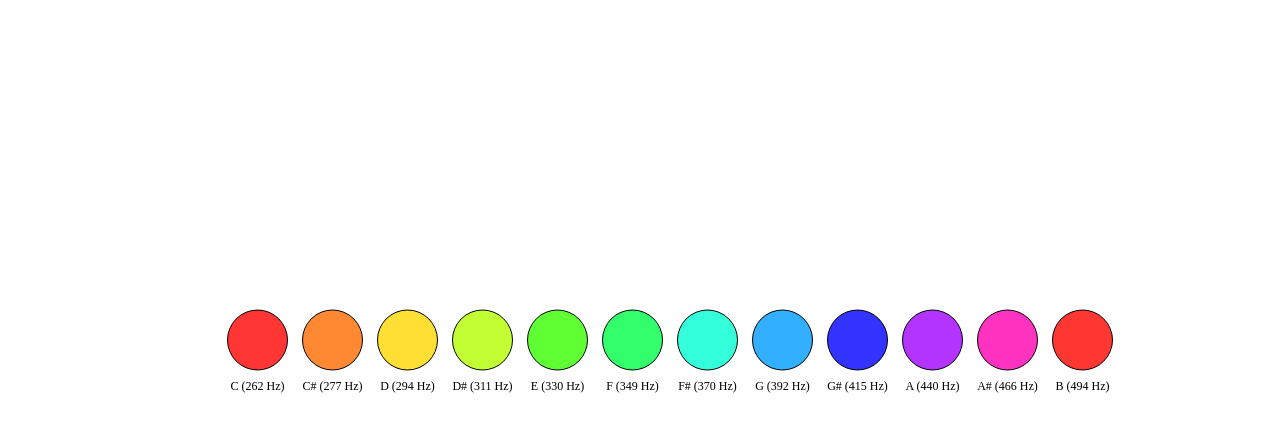
Repository: studiorichie/richielau.com
Page: assets/sound-to-color.html
The author's editor kept a copy of each file at every save. The page is drawn from the files as they stood at one save, then again after the next save.
The browser window is 1280 px wide. The pictures show the whole page.

Above is the page before, as saved 2024-11-06 19:59:13.

After the next save:
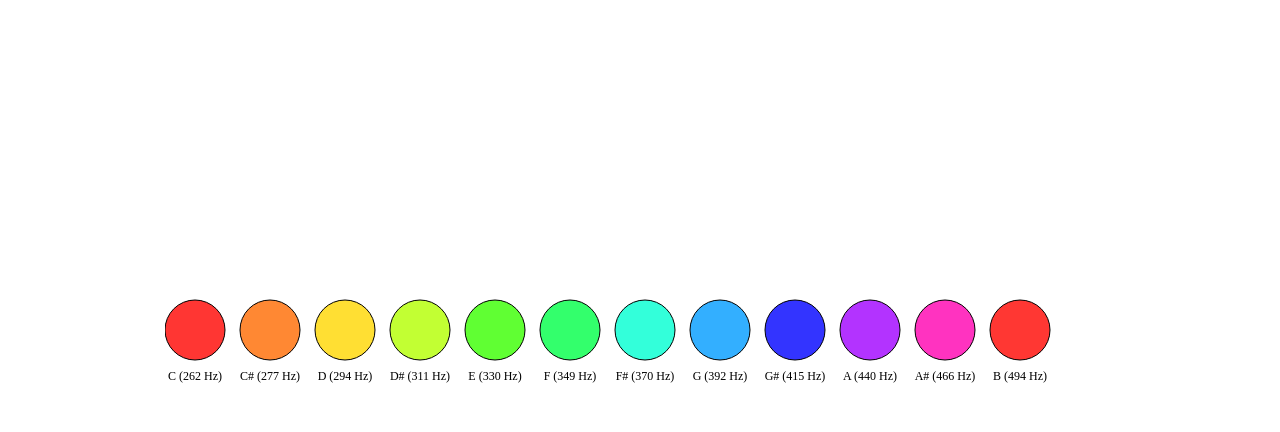
Saved 7 min 30 s later.
--- a/assets/sound-to-color.html
+++ b/assets/sound-to-color.html
@@ -13,14 +13,11 @@
             overflow: hidden;
         }
 
-
         .svg-container {
             display: flex;
-            justify-content: center;
+            justify-content: flex-start; /* Align to the left */
             align-items: center;
-            /* For vertical centering, remove this line if you only want horizontal centering */
             width: 100%;
-            /* Ensures container takes up the full width */
             overflow: hidden;
         }
 
@@ -30,47 +27,26 @@
             overflow: hidden;
         }
 
-        .svg-wrapper {
-            display: flex;
-            flex-wrap: wrap;
-            justify-content: center;
-            align-items: center;
-            overflow: hidden;
-            padding: 10px;
-            /* Optional padding for spacing */
-        }
-
         .key-circle {
             fill-opacity: 0.8;
             stroke: black;
             stroke-width: 1px;
             cursor: pointer;
             outline: none;
-            /* Remove any default focus outline */
             -webkit-tap-highlight-color: transparent;
-            /* Remove flash effect on tap for mobile */
             transition: fill-opacity 0.2s, filter 0.2s;
             /* Smooth transition for hover/press */
-            flex: 1 0 50px;
-            /* Minimum width for each circle before wrapping */
-            margin: 5px;
-            /* Space between circles */
-
         }
 
         /* Hover effect to make the circle slightly brighter */
         .key-circle:hover {
             filter: brightness(1.2);
-            /* Increase brightness by 20% */
         }
 
         /* Active/press effect to make the circle slightly darker */
         .key-circle:active {
             filter: brightness(0.8);
-            /* Decrease brightness by 20% */
         }
-
-
 
         .label {
             font-size: 12px;
@@ -89,9 +65,7 @@
 
 <body>
     <div class="svg-container">
-        <div class="svg-wrapper">
-            <svg width="950" height="600" id="chart"></svg>
-        </div>
+        <svg width="950" height="600" id="chart"></svg>
     </div>
 
     <script>
@@ -110,33 +84,30 @@
             { note: "B", freq: 493.88, midi: 71 }
         ];
 
-
         function getColor(freq) {
             let hue = ((freq - 261) / (493 - 261)) * 360;
             return `hsl(${hue}, 100%, 50%)`;
         }
+
         const svg = d3.select("#chart");
         const width = svg.attr("width");
         const height = svg.attr("height");
 
-        const circleRadius = 30; // Radius of each circle
-        const padding = 15; // Space between circles
+        const circleRadius = 30;
+        const padding = 15;
 
-        // Calculate the total width for the row of circles (number of circles * diameter + spaces between)
-        const totalRowWidth = (keys.length * (circleRadius * 2)) + ((keys.length - 1) * padding);
+        // Create group container with no centering to align circles to the left
+        const group = svg.append("g")
+            .attr("transform", `translate(0, ${height / 2})`);
 
-
-        const group = svg.append("g")
-            .attr("transform", `translate(${(width - totalRowWidth) / 2 + circleRadius}, ${height / 2})`);
-
-
+        // Add circles and labels
         group.selectAll("circle")
             .data(keys)
             .enter()
             .append("circle")
             .attr("class", "key-circle")
             .attr("cx", (d, i) => i * (circleRadius * 2 + padding))
-            .attr("cy", 0) // Center vertically within the group
+            .attr("cy", 0)
             .attr("r", circleRadius)
             .attr("fill", d => getColor(d.freq))
             .on("click", function (event, d) {
@@ -144,17 +115,15 @@
                 playMidiTone(d.midi);
             });
 
-
         group.selectAll(".label")
             .data(keys)
             .enter()
             .append("text")
             .attr("class", "label")
             .attr("x", (d, i) => i * (circleRadius * 2 + padding))
-            .attr("y", circleRadius + 20) // Position labels below each circle
+            .attr("y", circleRadius + 20)
             .text(d => `${d.note} (${Math.round(d.freq)} Hz)`)
             .attr("fill", "black");
-
 
         const midiLabel = svg.append("text")
             .attr("class", "midi-label")
@@ -163,23 +132,21 @@
 
         function showMidiLabel(data) {
             midiLabel.text(`MIDI: ${data.midi} - ${data.note}`)
-                .attr("x", (keys.indexOf(data) + 1) * (width / (keys.length + 1)))
+                .attr("x", (keys.indexOf(data) + 1) * (circleRadius * 2 + padding))
                 .attr("y", height / 2 - 50)
                 .attr("visibility", "visible");
-
 
             setTimeout(() => {
                 midiLabel.attr("visibility", "hidden");
             }, 2000);
         }
 
-
         function playMidiTone(midi) {
             const context = new (window.AudioContext || window.webkitAudioContext)();
             const oscillator = context.createOscillator();
             const gainNode = context.createGain();
             oscillator.type = 'sine';
-            oscillator.frequency.setValueAtTime(440 * Math.pow(2, (midi - 69) / 12), context.currentTime); // MIDI to Hz
+            oscillator.frequency.setValueAtTime(440 * Math.pow(2, (midi - 69) / 12), context.currentTime);
             gainNode.gain.setValueAtTime(0.1, context.currentTime);
             oscillator.connect(gainNode).connect(context.destination);
             oscillator.start();
@@ -188,9 +155,7 @@
 
         function adjustCircleLayout() {
             const svgWidth = document.getElementById("chart").clientWidth;
-            const circleRadius = 30;
-            const padding = 15;
-            const circlesPerRow = Math.max(1, Math.floor(svgWidth / (circleRadius * 2 + padding))); // Minimum of 1 circle per row
+            const circlesPerRow = Math.max(1, Math.floor(svgWidth / (circleRadius * 2 + padding)));
 
             d3.select("#chart")
                 .selectAll("circle")
@@ -203,12 +168,8 @@
                 .attr("y", (d, i) => Math.floor(i / circlesPerRow) * (circleRadius * 2 + padding) + circleRadius + 50);
         }
 
-        // Call adjustCircleLayout on page load and resize
         adjustCircleLayout();
         window.addEventListener("resize", adjustCircleLayout);
-
-
-
     </script>
 </body>
 
